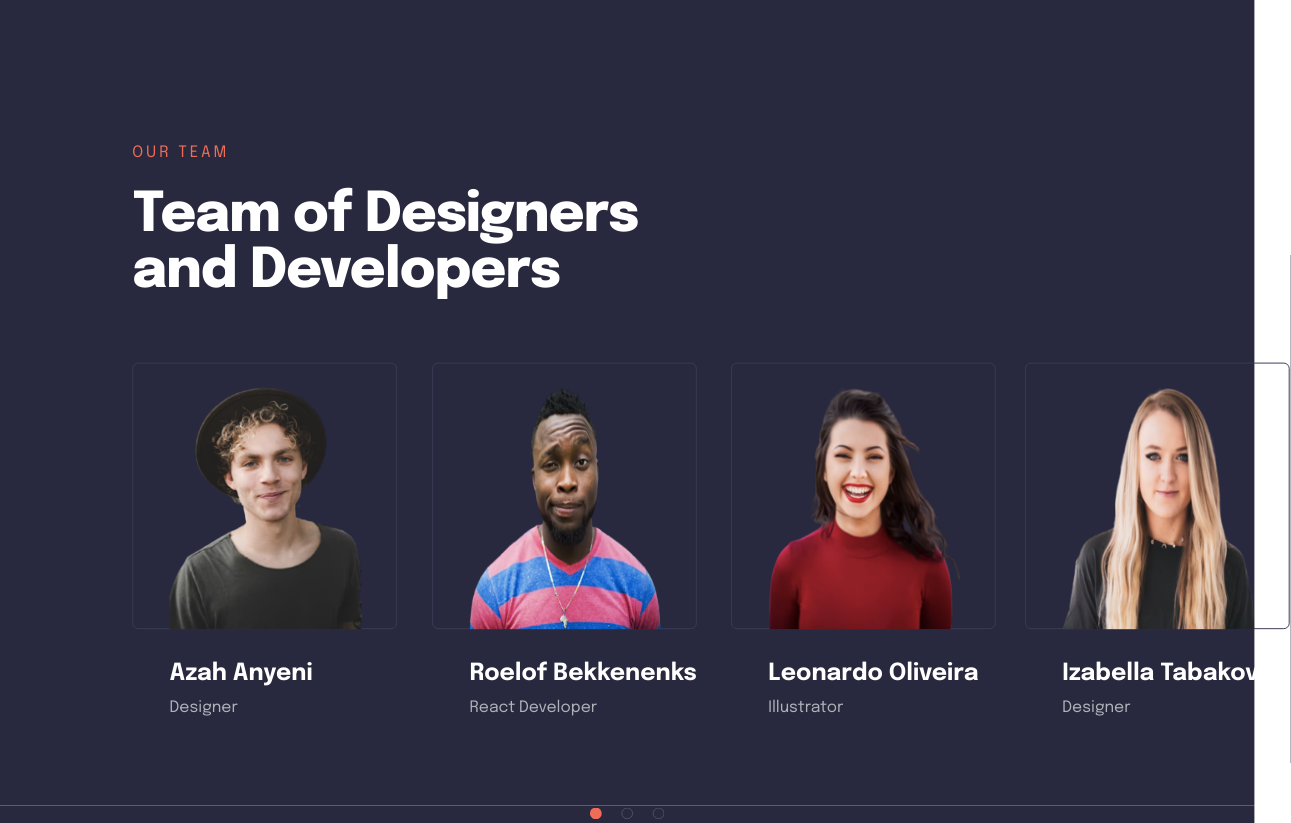
Repository: simralgasimov/ourteam
Page: index.html
The author's editor kept a copy of each file at every save. The page is drawn from the files as they stood at one save, then again after the next save.
The browser window is 1280 px wide. The page is 1317 px wide, so the pictures cover 1317 px, including what lies to the right of the window. The pictures show the whole page, at 98% of full size.

Above is the page before, as saved 2023-09-06 12:57:15.

After the next save:
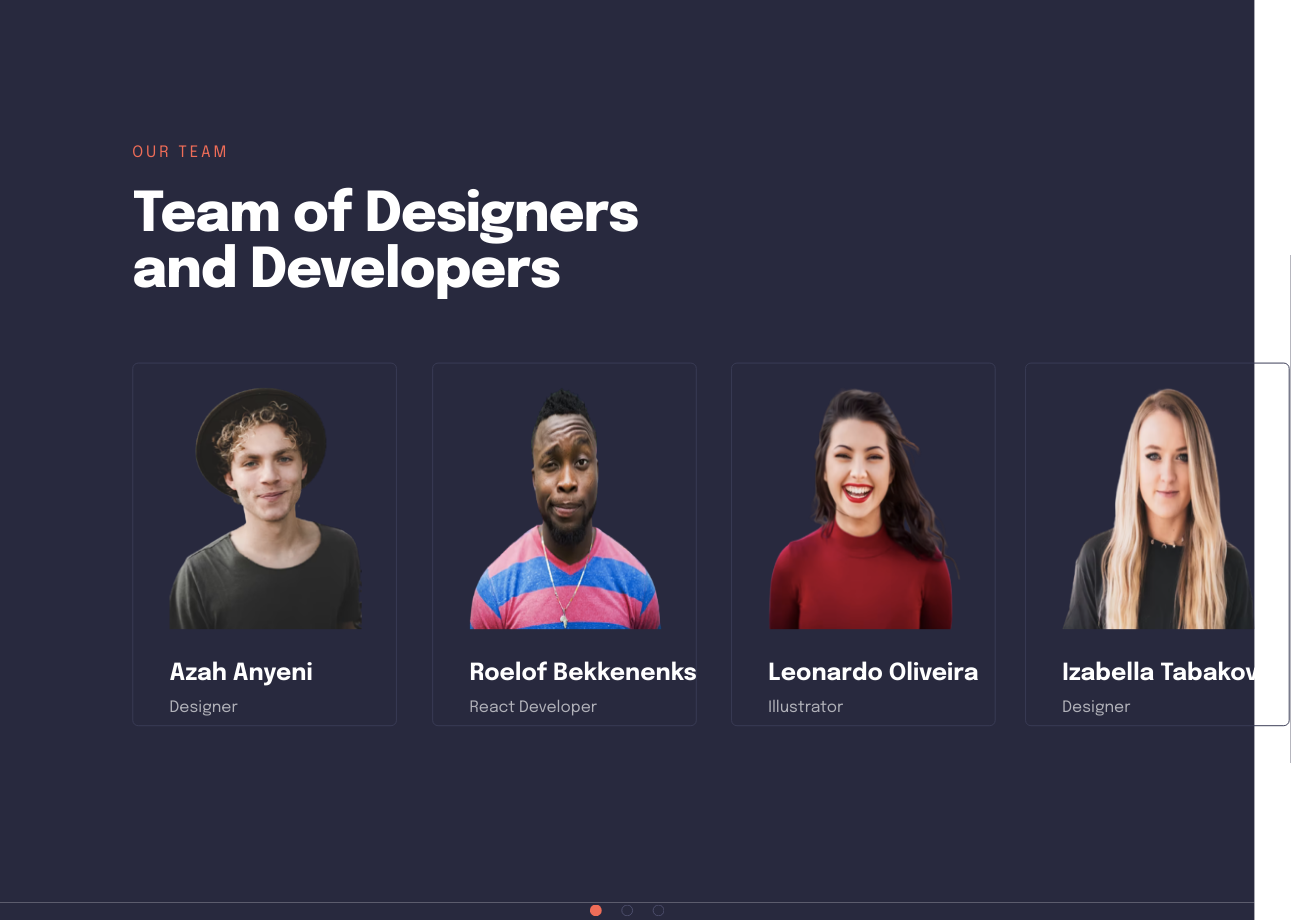
Saved 2 min 43 s later.
--- a/index.css
+++ b/index.css
@@ -45,7 +45,7 @@
 .container-1 .box {
   padding: 24px 37px 1px 37px;
   width: 270px;
-  height: 272px;
+  /* height: 272px; */
   border-radius: 6px;
   border: 1px solid #3a3c56;
 }
